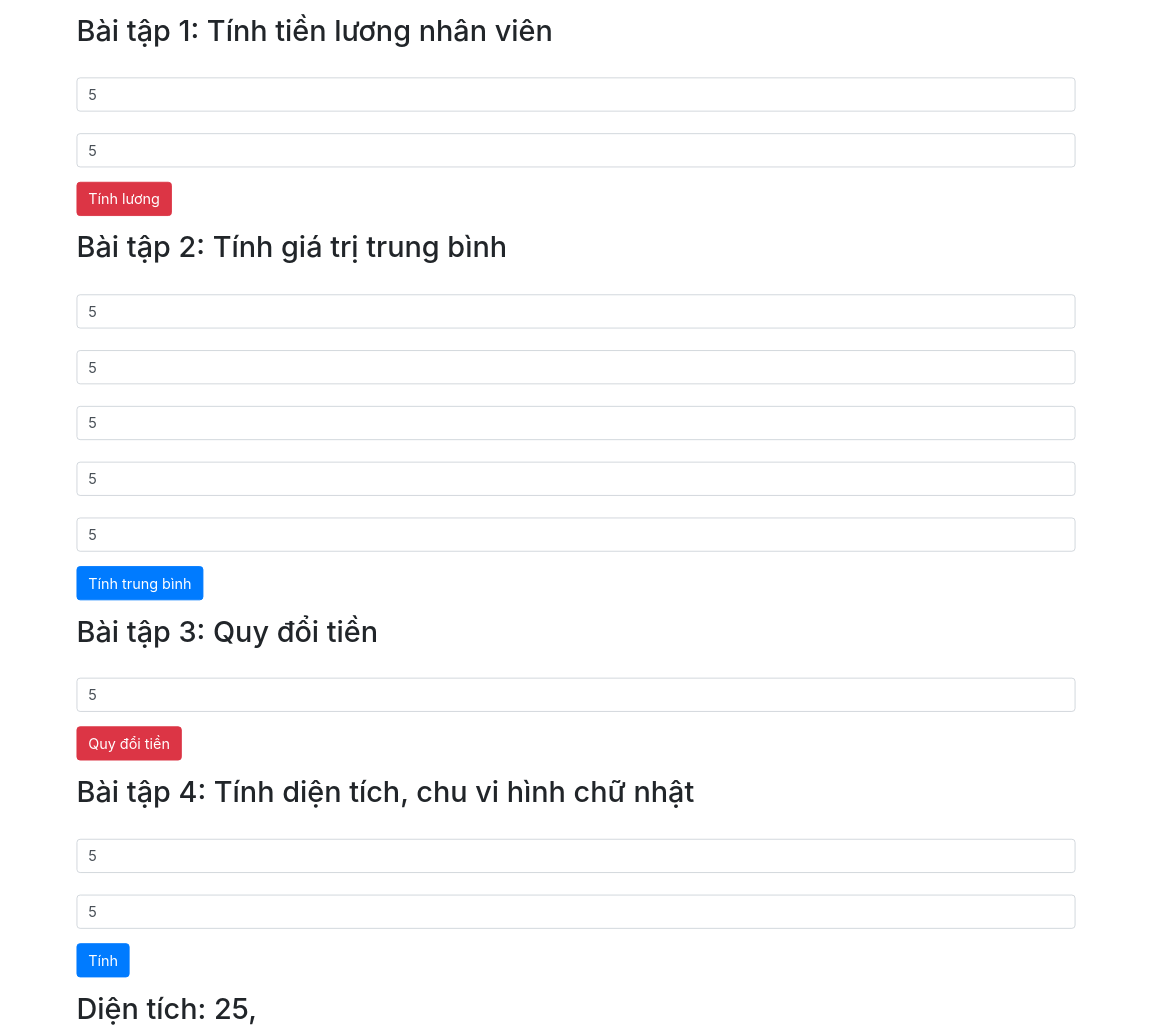
Repository: thanhfrankie/BC10-LeMinhThanh-Js-b2-3
Page: index.html
The author's editor kept a copy of each file at every save. The page is drawn from the files as they stood at one save, then again after a run of saves.
The browser window is 1280 px wide. The pictures show the whole page, at 90% of full size.
Empty fields were first filled with sample values (such as "Sample", 5 or name@example.com).
After loading, the first visible `button[onclick="tinh()"]` was clicked once.

Above is the page before, as saved 2023-12-15 15:58:18.

### index.html
<!DOCTYPE html>
<html lang="en">
  <head>
    <title>Title</title>
    <!-- Required meta tags -->
    <meta charset="utf-8" />
    <meta
      name="viewport"
      content="width=device-width, initial-scale=1, shrink-to-fit=no"
    />

    <!-- Bootstrap CSS -->
    <link
      rel="stylesheet"
      href="https://stackpath.bootstrapcdn.com/bootstrap/4.3.1/css/bootstrap.min.css"
      integrity="sha384-ggOyR0iXCbMQv3Xipma34MD+dH/1fQ784/j6cY/iJTQUOhcWr7x9JvoRxT2MZw1T"
      crossorigin="anonymous"
    />
  </head>
  <body>
    <!-- Bài tập 1 -->
    <div class="container">
      <h2 class="mt-3">Bài tập 1: Tính tiền lương nhân viên</h2>
      <div class="form-group">
        <label for="luong-mot-ngay"></label>
        <input
          type="number"
          class="form-control"
          name=""
          id="luong-mot-ngay"
          aria-describedby="helpId"
          placeholder="Nhập lương một ngày"
          required
        />
        <label for="so-ngay-lam"></label>
        <input
          type="number"
          class="form-control"
          name=""
          id="so-ngay-lam"
          aria-describedby="helpId"
          placeholder="Số ngày làm"
          required
        />
        <button type="button" onclick="tinhLuong()" class="btn btn-danger mt-3">
          Tính lương
        </button>
      </div>
      <h2 id="luong-nhan-duoc"></h2>
    </div>
    <!-- Bài tập 2 -->
    <div class="container">
      <div class="form-group">
        <h2>Bài tập 2: Tính giá trị trung bình</h2>
        <label for="so-thu-1"></label>
        <input
          type="number"
          class="form-control"
          name=""
          id="so-thu-1"
          aria-describedby="helpId"
          placeholder="Nhập số thứ 1"
          required
        />
        <label for="so-thu-2"></label>
        <input
          type="number"
          class="form-control"
          name=""
          id="so-thu-2"
          aria-describedby="helpId"
          placeholder="Nhập số thứ 2"
          required
        />
        <label for="so-thu-3"></label>
        <input
          type="number"
          class="form-control"
          name=""
          id="so-thu-3"
          aria-describedby="helpId"
          placeholder="Nhập số thứ 3"
          required
        />
        <label for="so-thu-4"></label>
        <input
          type="number"
          class="form-control"
          name=""
          id="so-thu-4"
          aria-describedby="helpId"
          placeholder="Nhập số thứ 4"
          required
        />
        <label for="so-thu-5"></label>
        <input
          type="number"
          class="form-control"
          name=""
          id="so-thu-5"
          aria-describedby="helpId"
          placeholder="Nhập số thứ 5"
          required
        />
        <button type="button" onclick="tinhTrungBinh()" class="btn btn-primary mt-3">
          Tính trung bình
        </button>
        <h2 id="ket-qua-trung-binh"></h2>
      </div>
    </div>
    <!-- Bài tập 3-->
     <div class="container">
      <h2 class="mt-3">Bài tập 3: Quy đổi tiền</h2>
      <div class="form-group">
        <label for="so-luong-USD"></label>
        <input
          type="number"
          class="form-control"
          name=""
          id="so-luong-USD"
          aria-describedby="helpId"
          placeholder="Nhập số tiền USD"
          required
        />

        <button type="button" onclick="quyDoiTien()" class="btn btn-danger mt-3">
         Quy đổi tiền
        </button>
      </div>
      <h2 id="so-luong-VND"></h2>
    </div>

    <!-- Bài tập 4 -->
    <div class="container">
      <h2 class="mt-3">Bài tập 4: Tính diện tích, chu vi hình chữ nhật</h2>
      <div class="form-group">
        <label for="chieu-dai"></label>
        <input
          type="number"
          class="form-control"
          name=""
          id="chieu-dai"
          aria-describedby="helpId"
          placeholder="Nhập chiều dài"
          required
        />
        <label for="chieu-rong"></label>
        <input
          type="number"
          class="form-control"
          name=""
          id="chieu-rong"
          aria-describedby="helpId"
          placeholder="Nhập chiều rộng"
          required
        />
        <button type="button" onclick="tinh()" class="btn btn-primary mt-3">
          Tính
        </button>
      </div>
      <h2 id="ket-qua-nhan-duoc"></h2>
    </div>
    <!-- Optional JavaScript -->
    <!-- jQuery first, then Popper.js, then Bootstrap JS -->
    <script
      src="https://code.jquery.com/jquery-3.3.1.slim.min.js"
      integrity="sha384-q8i/X+965DzO0rT7abK41JStQIAqVgRVzpbzo5smXKp4YfRvH+8abtTE1Pi6jizo"
      crossorigin="anonymous"
    ></script>
    <script
      src="https://cdnjs.cloudflare.com/ajax/libs/popper.js/1.14.7/umd/popper.min.js"
      integrity="sha384-UO2eT0CpHqdSJQ6hJty5KVphtPhzWj9WO1clHTMGa3JDZwrnQq4sF86dIHNDz0W1"
      crossorigin="anonymous"
    ></script>
    <script
      src="https://stackpath.bootstrapcdn.com/bootstrap/4.3.1/js/bootstrap.min.js"
      integrity="sha384-JjSmVgyd0p3pXB1rRibZUAYoIIy6OrQ6VrjIEaFf/nJGzIxFDsf4x0xIM+B07jRM"
      crossorigin="anonymous"
    ></script>
    <script src="./index.js"></script>
  </body>
</html>

### index.js
// Bài tập 1
/**
 * B1: tạo biến, lấy giá trị từ input
 * B2: Tính lương
 * + tạo biến để tính lương: lương 1 ngày * số ngày làm
 * + gán sự kiện click cho button
 * B3: hiển thị kết quả
 */
function tinhLuong() {
  // B1:
  var luongMotNgay = document.getElementById("luong-mot-ngay").value;
  var soNgayLam = document.getElementById("so-ngay-lam").value;
  // B2, B3:
  var luongNhanDuoc = document.getElementById("luong-nhan-duoc");
  luongNhanDuoc.innerText = luongMotNgay * soNgayLam;
}
// Bài tập 2
/**
 * B1: tạo biến, lấy giá trị từ input
 * B2: Tính giá trị trung bình
 * + tạo biến để tính giá trị trung bình: tổng các giá trị đã nhập / số giá trị đã nhập
 * + gán sự kiện click cho button
 * B3: hiển thị kết quả
 */
function tinhTrungBinh() {
    var soThu1 = document.getElementById("so-thu-1").value  *1
    var soThu2 = document.getElementById("so-thu-2").value  *1
    var soThu3 = document.getElementById("so-thu-3").value *1
    var soThu4 = document.getElementById("so-thu-4").value *1
    var soThu5 = document.getElementById("so-thu-5").value *1

    var trungBinh =   (soThu1 + soThu2 + soThu3 + soThu4 + soThu5) /5
    var ketQua = document.getElementById("ket-qua-trung-binh")
    ketQua.innerText = trungBinh
}

// Bài tập 3
/**
 * B1: tạo biến, lấy giá trị từ input
 * B2: Tính ra số lượng VND theo số USD đã nhập
 * + tạo biến để tính lượng VND: tổng VND = tổng USD *23500
 * + gán sự kiện click cho button
 * B3: hiển thị kết quả
 */
function quyDoiTien() {
    var giaMotUSD = 23500
    var soLuongUSD = document.getElementById("so-luong-USD").value *1

    var quyDoiSangVND = soLuongUSD * giaMotUSD

    var soLuongVND = document.getElementById("so-luong-VND")
    soLuongVND.innerText = quyDoiSangVND
}

// Bài tập 4
/**
 * B1: tạo biến, lấy giá trị từ input
 * B2: Tính chu vi, diện tích hình chữ nhật
 * + tạo biến để tính chu vi: chu vi = (chiều dài + chiều rộng)x2
 * + tạo biến để tính diện tích: diện tích = chiều dài * chiều rộng
 * + gán sự kiện click cho button
 * B3: hiển thị kết quả
 */
function tinh() {
    var chieuDai = document.getElementById("chieu-dai").value *1
    var chieuRong = document.getElementById("chieu-rong").value * 1

    var chuVi = (chieuDai + chieuRong) * 2
    var dienTich = chieuDai * chieuRong
    var ketQua = document.getElementById("ket-qua-nhan-duoc")
    ketQua.innerText = `Diện tích: ${dienTich},  `
}

After the next 3 saves:
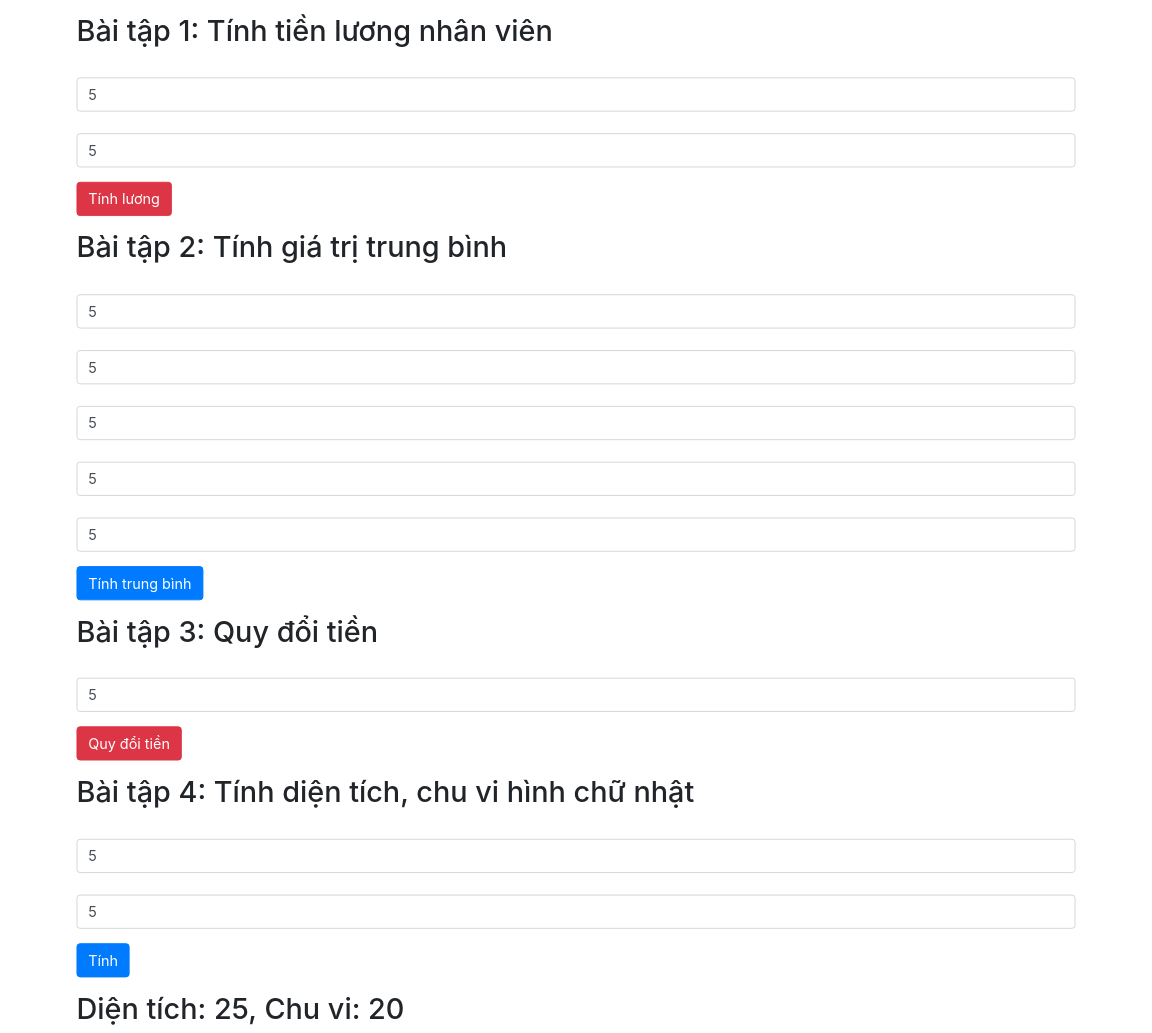
The 3 saves are shown as one change because they came seconds apart.
The last was saved 11 s later.
--- a/index.js
+++ b/index.js
@@ -68,5 +68,5 @@ function tinh() {
     var chuVi = (chieuDai + chieuRong) * 2
     var dienTich = chieuDai * chieuRong
     var ketQua = document.getElementById("ket-qua-nhan-duoc")
-    ketQua.innerText = `Diện tích: ${dienTich},  `
+    ketQua.innerText = `Diện tích: ${dienTich}, Chu vi: ${chuVi} `
 }
